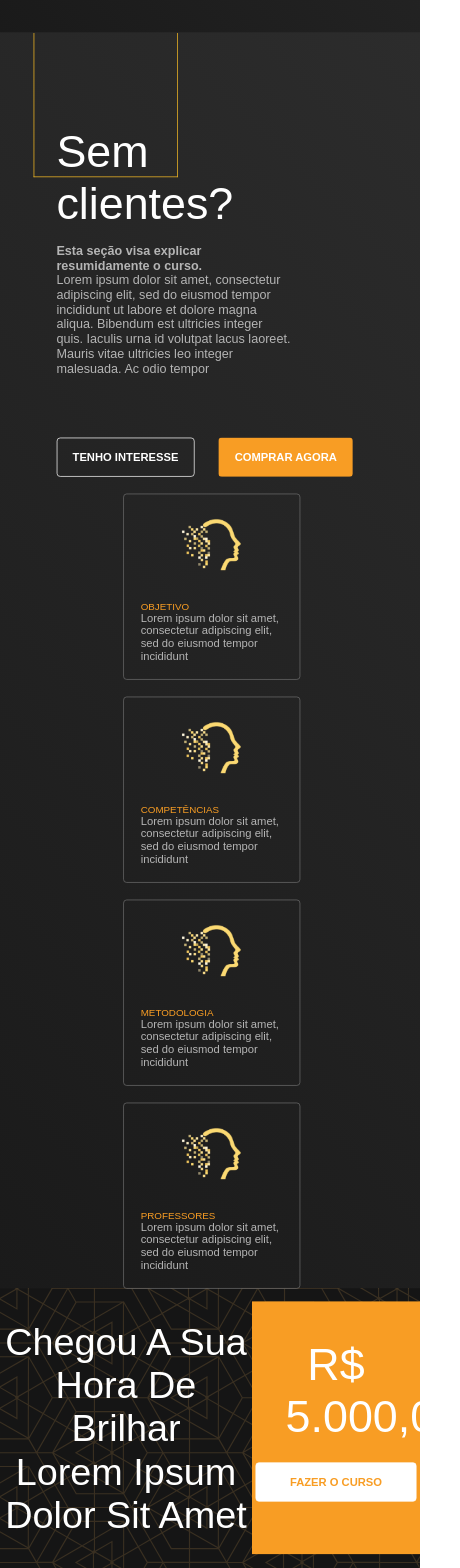
Repository: Rafael-Araujo-dev/Treinamento-Raccoon
Page: Projeto-2/index.html
An editor plug-in stored every save of this project. The page is shown before and after a run of saves, followed by the edit.
The browser window is 600 px wide. The page is 657 px wide, so the pictures cover 657 px, including what lies to the right of the window. The pictures show the part of the page from y = 753 to 2993 px (the page is 2993 px tall), at 70% of full size.
Some web fonts or font styles are not loaded; a fallback is used.

Above is the page before, as saved 2021-09-23 11:34:27.

### Projeto-2/index.html
<!DOCTYPE html>
<html>
    <head>
        <title></title>
        <meta charset="utf-8"/>
        <meta name="viewport" content="width=device-width,initial-scale=1.0,maximum-scale=1.0">
        <link rel="preconnect" href="https://fonts.googleapis.com">
        <link rel="preconnect" href="https://fonts.gstatic.com" crossorigin>
        <link href="https://fonts.googleapis.com/css2?family=Yantramanav:wght@300;400;700&display=swap" rel="stylesheet">
        <link rel="stylesheet" href="css/style.css"/>
    </head>
    <body>
        <section class="hero-section">
            <div class="hero-header">
                <img class="logo" src="images/LOGOSYNAPSE_simbolo_laranja.png"/>
            </div>
            <div class="hero-container">
                <div class="hero-title">
                    Lorem ipsum dolor sit amet,<br>
                    consectetur adipiscing elit
                </div>
                <div class="hero-text">
                    Lorem ipsum dolor sit amet, consectetur adipiscing elit, sed do eiusmod tempor incididunt ut labore et dolore
                </div>
            </div>
            <div class="hero-btn-group">
                <button class="btn secondary">
                    Tenho interesse
                </button>
                <button class="btn primary">
                    Comprar agora
                </button>
            </div>
        </section>

        <section class="course-summary">
            <div class="container">
                <div class="col m">
                    <span class="rectangule"></span>
                    <span class="title">
                        Sem<br>clientes?
                    </span>
                    <div class="text">
                        <strong>Esta seção visa explicar resumidamente o curso.</strong>
                        <br>
                        Lorem ipsum dolor sit amet, consectetur adipiscing elit, sed do eiusmod tempor incididunt ut labore et dolore magna aliqua. Bibendum est ultricies integer quis. Iaculis urna id volutpat lacus laoreet. Mauris vitae ultricies leo integer malesuada. Ac odio tempor
                    </div>
                    <div class="btn-group">
                        <button class="btn secondary">
                            Tenho interesse
                        </button>
                        <button class="btn primary">
                            Comprar agora
                        </button>
                    </div>
                </div>
                <div class="col l">
                    <div class="card-container">
                        <div class="card-item">
                            <div class="container">
                                <div class="card-image">
                                    <img src="./images/Oratória Digital Logo-1.png"/>
                                </div>
                                <div class="card-description">
                                    <div class="card-title">
                                        Objetivo
                                    </div>
                                    <div class="card-text">
                                        Lorem ipsum dolor sit amet, consectetur adipiscing elit, sed do eiusmod tempor incididunt
                                    </div>
                                </div>
                            </div>
                        </div>
                        <div class="card-item">
                            <div class="container">
                                <div class="card-image">
                                    <img src="./images/Oratória Digital Logo-1.png"/>
                                </div>
                                <div class="card-description">
                                    <div class="card-title">
                                        Competências
                                    </div>
                                    <div class="card-text">
                                        Lorem ipsum dolor sit amet, consectetur adipiscing elit, sed do eiusmod tempor incididunt
                                    </div>
                                </div>
                            </div>
                        </div>
                        <div class="card-item">
                            <div class="container">
                                <div class="card-image">
                                    <img src="./images/Oratória Digital Logo-1.png"/>
                                </div>
                                <div class="card-description">
                                    <div class="card-title">
                                        Metodologia
                                    </div>
                                    <div class="card-text">
                                        Lorem ipsum dolor sit amet, consectetur adipiscing elit, sed do eiusmod tempor incididunt
                                    </div>
                                </div>
                            </div>
                        </div>
                        <div class="card-item">
                            <div class="container">
                                <div class="card-image">
                                    <img src="./images/Oratória Digital Logo-1.png"/>
                                </div>
                                <div class="card-description">
                                    <div class="card-title">
                                        Professores
                                    </div>
                                    <div class="card-text">
                                        Lorem ipsum dolor sit amet, consectetur adipiscing elit, sed do eiusmod tempor incididunt
                                    </div>
                                </div>
                            </div>
                        </div>
                    </div>
                </div>
                <center>
                    <div class="btn-group mobile">
                        <button class="btn secondary">
                            Tenho interesse
                        </button>
                        <button class="btn primary">
                            Comprar agora
                        </button>
                    </div>
                </center>
            </div>
        </section>

        <section class="take-course">
            <div class="container">
                <div class="text">
                    Chegou a sua hora de brilhar <br>lorem ipsum dolor sit amet
                </div>
                <div class="card">
                    <div class="text">
                        R$ 5.000,00
                    </div>
                    <button class="btn white">
                        Fazer o curso
                    </button>
                </div>
            </div>
        </section>

    </body>
</html>

### Projeto-2/css/style.css
* {
    margin: 0;
    padding: 0;
    box-sizing: border-box;
    font-family: 'Yantramanav', sans-serif;
}

.btn {
    font-size: 20px;
    text-transform: uppercase;
    padding: 18px 22px;
    margin: 0px 15px 24px 15px;
    font-weight: bold;
}

@media (max-width: 890px) {
    .btn {
        font-size: 20px;
    }
}

@media (max-width: 645px) {
    .btn {
        font-size: 17px;
    }
}

@media (max-width: 500px) {
    .btn {
        font-size: 16px;
    }
}

.btn.primary {
    background-color: #F89D24;
    border: 1px solid transparent;
    border-radius: 5px;
    color: #FFF;
}

.btn.secondary {
    background-color: transparent;
    border: 1px solid #FFF;
    border-radius: 5px;
    color: #FFF;
}

.btn.white {
    background-color: #FFFFFF;
    border: 1px solid #FFF;
    border-radius: 5px;
    color: #000;
}

.hero-section {
    background: rgb(26,26,26);
    background: linear-gradient(45deg, rgba(26,26,26,1) 0%, rgba(44,44,44,1) 100%);
    min-height: 100vh;
    display: flex;
    flex-direction: column;
    justify-content: space-around;
}

.hero-header .logo {
    margin-left: 3.15%;
    margin-top: 2%;
    width: 12.1%;
    max-width: 100px;
}

.hero-container {
    position: relative;
    margin: auto;
    display: flex;
    flex-direction: column;
    flex-wrap: wrap;
}

@media (max-width: 1240px) {
    .hero-container {
        width: 60%;
    }
}

@media (max-width: 1028px) {
    .hero-container {
        width: 70%;
    }
}

@media (max-width: 890px) {
    .hero-container {
        width: 80%;
    }
}

.hero-title, .hero-text {
    color: #FFFFFF;
    text-align: center;
}

.hero-title {
    font-size: 54px;
    /* margin-top: 15.5vh; */
    text-transform: capitalize;
}

@media (max-width: 890px) {
    .hero-title {
        /* margin-top: 14%; */
        font-size: 45px;
    }
}

@media (max-width: 645px) {
    .hero-title {
        /* margin-top: 8%; */
        font-size: 40.5px;
    }
}

@media (max-width: 500px) {
    .hero-title {
        /* margin-top: 0%; */
    }
}

.hero-text {
    color: #B5B5B5;
    font-size: 18px;
    width: 60%;
    margin-top: 1.8vh;
    line-height: 30px;
    align-self: center;
    margin-bottom: 35px;
}

@media (max-width: 1024px) {
    .hero-text {
        width: 80%;
    }
}

@media (max-width: 890px) {
    .hero-text {

        font-size: 15px;
        width: 50%;
    }
}

@media (max-width: 645px) {
    .hero-text {

        font-size: 13.5px;
        width: 80%;
    }
}

@media (max-width: 500px) {
    .hero-text {
        /* margin-top: 5%; */
        width: 100%;
    }
}

.hero-btn-group {
    margin-bottom: 22.5vh;
    text-align: center;
}

.course-summary {
    background: rgb(26,26,26);
    background: linear-gradient(45deg, rgba(26,26,26,1) 0%, rgba(44,44,44,1) 100%);
    min-height: 100vh;
    padding-top: 18.6vh;
    margin-top: -1px;
}

@media (max-width: 450px) {
    .course-summary {
        padding-top: 6.5vh;
    }
}

.course-summary .container {
    position: relative;
    margin: auto;
    display: flex;
    justify-content:center;
    flex-wrap: wrap;
}

.course-summary .col {
    display: flex;
}

.course-summary .col.m {
    display: flex;
    flex-direction: column;
}

.course-summary .col.l {
    margin-left: 5vw;
}

.course-summary .col .rectangule {
    position: absolute;
    margin-top: -18.5vh;
    margin-left: -5.5vw;
    border: 1px solid #FEC024;
    border-top: none;
    width: 206px;
    height: 206px;
}

.course-summary .col .title {
    font-size: 64px;
    color: #FFFFFF;
    margin-top: -2vh;
}

@media (max-width: 450px) {
    .course-summary .col .rectangule {
        margin-top: -6.5vh;
        margin-left: 3.8vw;
        width: 110px;
        height: 110px;
    }

    .course-summary .col .title {
        font-size: 48px;
        margin-left: 24px;
        margin-top: 1vh;
    }
}

.course-summary .col .text {
    font-size: 18px;
    color: #B5B5B5;
    font-weight: 300;
    max-width: 337px;
    margin-top: 2.6vh;
}

@media (max-width: 450px) {
    .course-summary .col .text {
        font-size: 13.5px;
        max-width: 85%;
        line-height: 25px;
        align-self: center;
    }
}

.course-summary .col .btn-group {
    margin-top: 11vh;
    margin-left: -15px;
}

.course-summary .btn-group.mobile {
    display: none;
    margin-top: 36px;
}

@media (max-width: 450px) {
    .course-summary .col .btn-group {
        display: none;
    }

    .course-summary .btn-group.mobile {
        display: inherit;
    }
}

.course-summary .col .btn-group .btn {
    font-size: 16px;
}

.course-summary .card-container {
    display: grid;
    grid-template-columns: repeat(2, 1fr);
    grid-template-rows: repeat(2, 1fr);
    grid-column-gap: 2vw;
    grid-row-gap: 3vh;
}

@media(max-width: 650px) {
    .course-summary .card-container {
        grid-template-columns: repeat(1, 1fr);
        grid-template-rows: repeat(1, 1fr);
        margin-left: -25px;
    }
}

@media(max-width: 450px) {
    .course-summary .card-container {
        margin-top: 50px;
    }
}

@media(max-width: 300px) {
    .course-summary .card-container {
        margin-left: -10px;
    }
}

.course-summary .card-item {
    border: 1px solid #6E6E6E;
    border-radius: 5px;
    max-width: 253px;
}

.course-summary .card-item .container {
    text-align: center;
    margin: 24px;
    padding: 0;
}

.course-summary .card-item .card-description {
    text-align: left;
}

.course-summary .card-item .card-title {
    font-size: 14px;
    color: #F89D24;
    text-transform: uppercase;
    margin-top: 3.5vh;
}

.course-summary .card-item .card-text {
    font-size: 16px;
    color: #B5B5B5;
}

.take-course {
    background-color: #191919;
    background-image: url('../images/Grupo\ 34.svg');
    height: 400px;
    margin-top: -1px;
}

.take-course .container{
    background-color: rgba(20,20,20,0.7);
}

.take-course .container {
    height: 100%;
    display: flex;
    flex-direction: row;
    justify-content: end;
    align-items: center;
    padding-right: 0;
    flex-wrap: wrap;
}

.take-course .container .text {
    font-size: 54px;
    color: #FFFFFF;
    text-align: center;
    width: 60%;
    text-transform: capitalize;
}

@media(max-width: 650px) {
    .take-course .container .text {


    }
}

.take-course .container .card {
    display: flex;
    flex-direction: column;
    align-items: center;
    background-color:#F89D24;
    width: 40%;
    padding-top: 53px;
    padding-bottom: 75px;
}

.take-course .container .card .btn {
    margin: 0;
    margin-top: 29px;
    padding-left: 48px;
    padding-right: 48px;
    font-size: 16px;
    color: #F89D24;
}

.take-course .container .card .text {
    font-weight: normal;
    font-size: 64px;
}

After the next 6 saves:
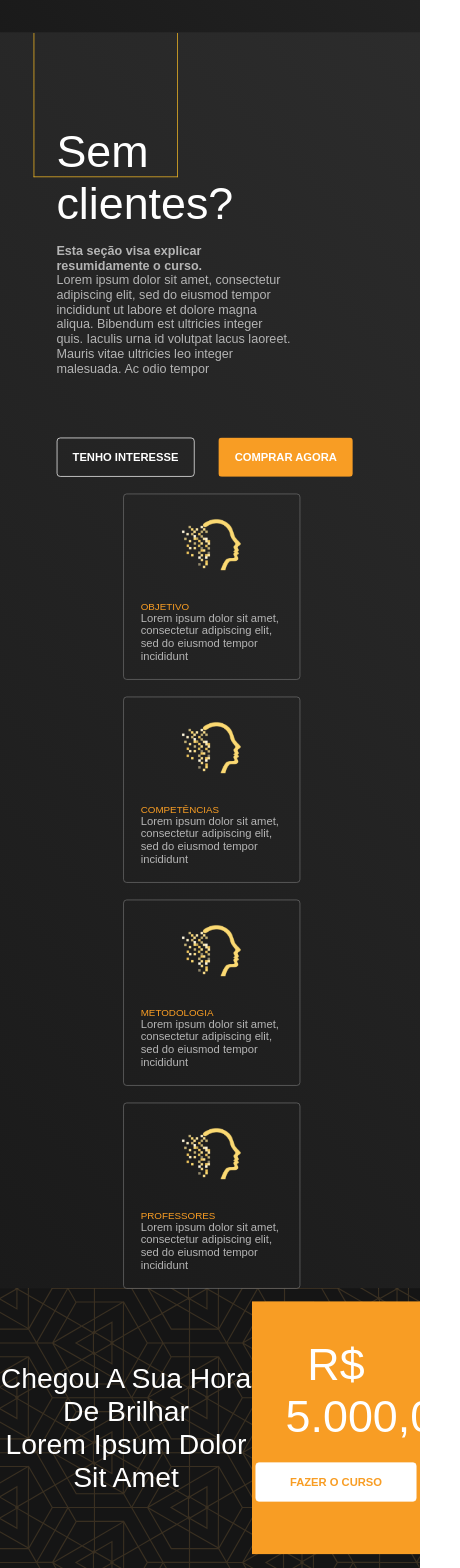
The 6 saves are shown as one change because they came seconds apart.
The last was saved 13 s later.
--- a/Projeto-2/css/style.css
+++ b/Projeto-2/css/style.css
@@ -363,7 +363,7 @@
 
 @media(max-width: 650px) {
     .take-course .container .text {
-
+        font-size: 40.5px;
 
     }
 }
